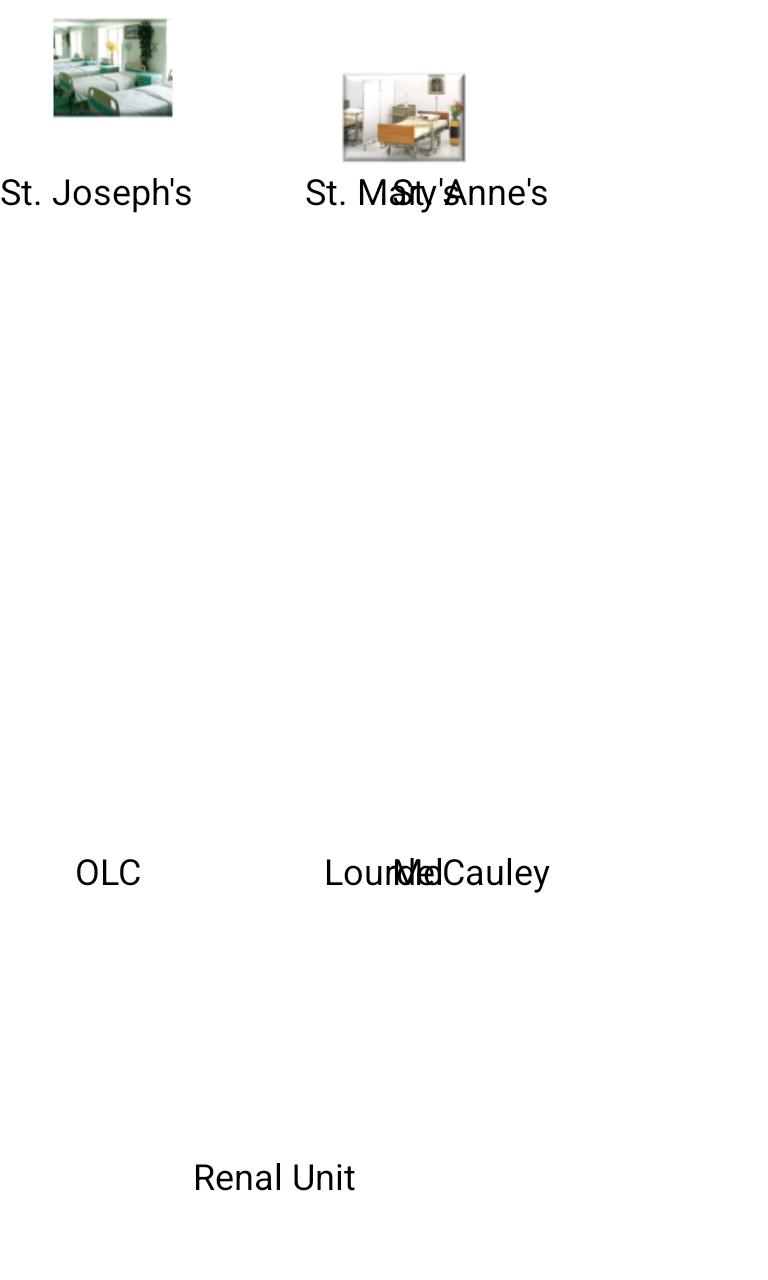
Repository: erwasambo/greendevelopment
Layout: GreenDevelopment/NASCuisine/res/layout/patientdash.xml
An editor plug-in stored every save of this project. The layout is shown before and after the next save, followed by the edit.
It is drawn on a 768 x 1280 px phone screen (xhdpi) without system bars, with theme AppTheme; the app's code is not run.

Above is the layout before, as saved 2013-12-03 04:32:38.

After the next save:
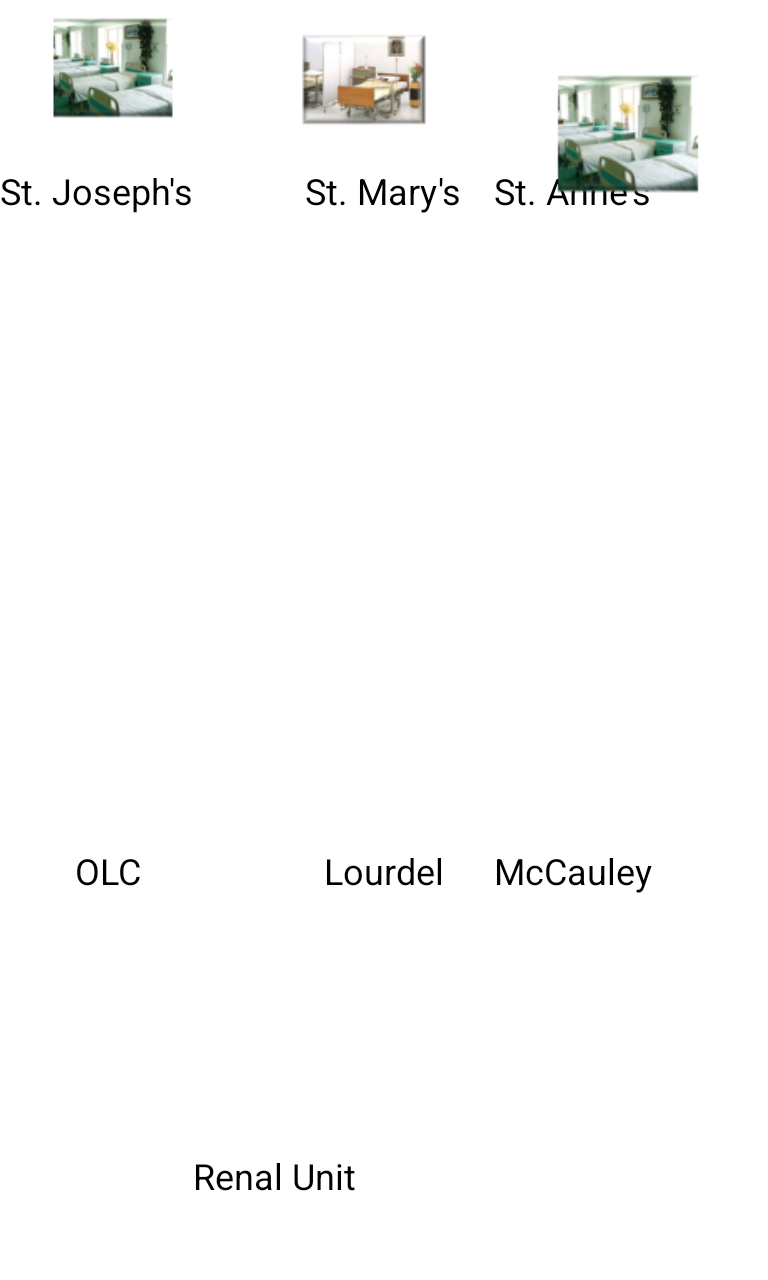
Saved 58 s later.
--- a/GreenDevelopment/NASCuisine/res/layout/patientdash.xml
+++ b/GreenDevelopment/NASCuisine/res/layout/patientdash.xml
@@ -55,17 +55,6 @@
         android:textAppearance="?android:attr/textAppearanceMedium" />
 
     <TextView
-        android:id="@+id/textView3"
-        android:layout_width="wrap_content"
-        android:layout_height="wrap_content"
-        android:layout_alignBaseline="@+id/textView2"
-        android:layout_alignBottom="@+id/textView2"
-        android:layout_marginLeft="18dp"
-        android:layout_toRightOf="@+id/textView7"
-        android:text="@string/stanne"
-        android:textAppearance="?android:attr/textAppearanceMedium" />
-
-    <TextView
         android:id="@+id/textView6"
         android:layout_width="wrap_content"
         android:layout_height="wrap_content"
@@ -88,9 +77,29 @@
         android:id="@+id/imageView2"
         android:layout_width="80dp"
         android:layout_height="80dp"
-        android:layout_alignLeft="@+id/textView5"
         android:layout_alignParentTop="true"
-        android:layout_marginTop="19dp"
+        android:layout_alignRight="@+id/textView5"
         android:src="@drawable/mary" />
 
+    <TextView
+        android:id="@+id/textView3"
+        android:layout_width="wrap_content"
+        android:layout_height="wrap_content"
+        android:layout_alignBaseline="@+id/textView2"
+        android:layout_alignBottom="@+id/textView2"
+        android:layout_marginLeft="16dp"
+        android:layout_toRightOf="@+id/textView2"
+        android:text="@string/stanne"
+        android:textAppearance="?android:attr/textAppearanceMedium" />
+
+    <ImageView
+        android:id="@+id/imageView3"
+        android:layout_width="80dp"
+        android:layout_height="80dp"
+        android:layout_alignLeft="@+id/textView6"
+        android:layout_alignParentTop="true"
+        android:layout_marginLeft="27dp"
+        android:layout_marginTop="27dp"
+        android:src="@drawable/joseph" />
+
 </RelativeLayout>
